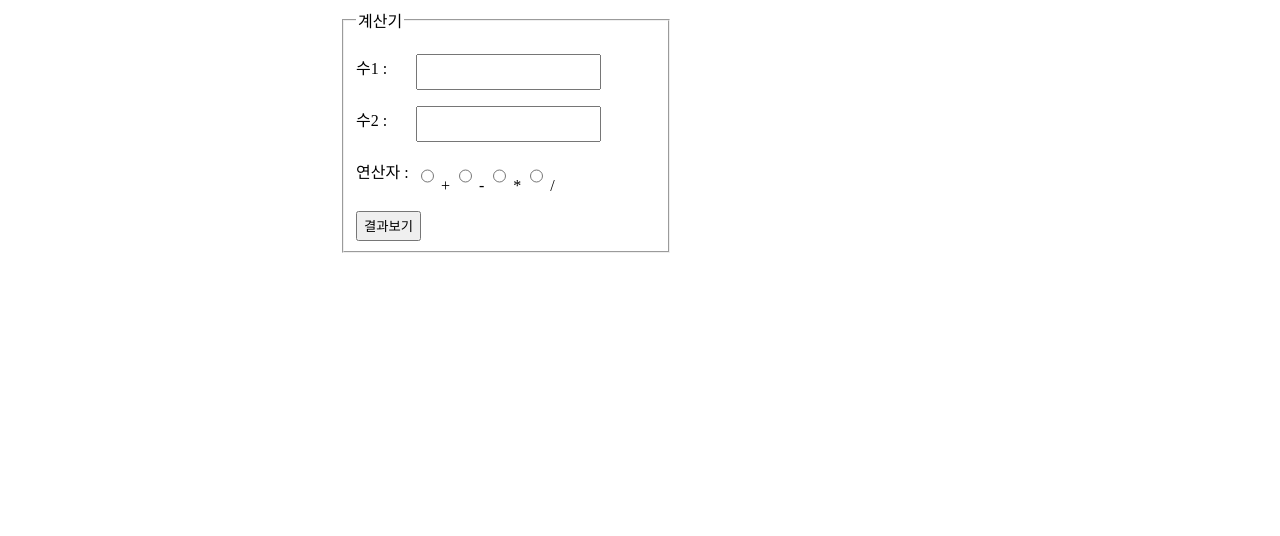
Repository: Kebiskim/2023_jspStudy
Page: 01_servlet/src/main/webapp/view/Ex07.html
These files come from the project's save history. The page is drawn as it stood at one moment and after the next save; the edit follows.
The browser window is 1280 px wide. The pictures show the whole page.

Above is the page before, as saved 2023-06-30 05:38:28.

### 01_servlet/src/main/webapp/view/Ex07.html
<!DOCTYPE html>
<html>
<head>
<meta charset="UTF-8">
<title>Calculator</title>
<style type="text/css">
	fieldset{
		width: 300px;

	}
	#mydiv{
		width: 600px;
		margin: auto;
	}
	label{
		width: 60px;
		height: 20px;
		float: left;
		line-height: 30px;
	}
	input{
		height: 30px;
	}
</style>
</head>
<body>
	<!-- <div id="border1">
		<p>계산기</p>
		<p>수1: <input type="text" name="num1" id="num1"></p>
		<p>수2: <input type="text" name="num2" id="num2"></p>
		<p>연산자: <input type="radio" name="chk_info" value="CSS">+
				 <input type="radio" name="chk_info" value="CSS">-
				 <input type="radio" name="chk_info" value="CSS">*
				 <input type="radio" name="chk_info" value="CSS">/
		</p>
		<button>결과보기</button>
	</div> -->

	<div id="mydiv">
		<form action="/01_servlet/Ex07" method="post">
			<!-- 맨 위 제목 포함해서 전체 내용 감싸는 박스 => fieldset -->
			<fieldset>
				<legend>계산기</legend>
				<p><label for="s1">수1 : </label>
				<input type="number" name="num1" id="num1" required="required"></p>
				<p><label for="s1">수2 : </label>
				<input type="number" name="num2" id="num2" required="required"></p>
				<p><label for="op">연산자 : </label>
					<input type="radio" name="op" value="+"> +
					<input type="radio" name="op" value="-"> -
					<input type="radio" name="op" value="*"> *
					<input type="radio" name="op" value="/"> /
				</p>
					<input type="submit" value="결과보기">
			</fieldset>
		</form>
	</div>
</body>
</html>

After the next save:
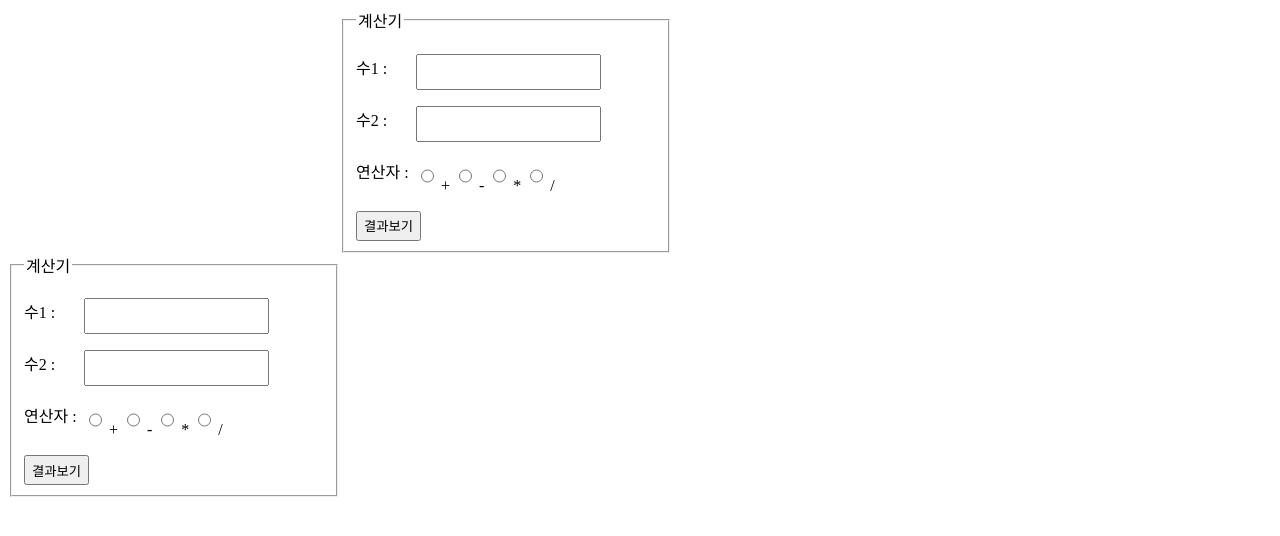
Saved 79 s later.
--- a/01_servlet/src/main/webapp/view/Ex07.html
+++ b/01_servlet/src/main/webapp/view/Ex07.html
@@ -55,5 +55,25 @@
 			</fieldset>
 		</form>
 	</div>
+
+	<div id="mydiv2">
+		<form action="/01_servlet/Ex07" method="post">
+			<!-- 맨 위 제목 포함해서 전체 내용 감싸는 박스 => fieldset -->
+			<fieldset>
+				<legend>계산기</legend>
+				<p><label for="s1">수1 : </label>
+				<input type="number" name="num1" id="num1" required="required"></p>
+				<p><label for="s1">수2 : </label>
+				<input type="number" name="num2" id="num2" required="required"></p>
+				<p><label for="op">연산자 : </label>
+					<input type="radio" name="op" value="+"> +
+					<input type="radio" name="op" value="-"> -
+					<input type="radio" name="op" value="*"> *
+					<input type="radio" name="op" value="/"> /
+				</p>
+					<input type="submit" value="결과보기">
+			</fieldset>
+		</form>
+	</div>
 </body>
 </html>
